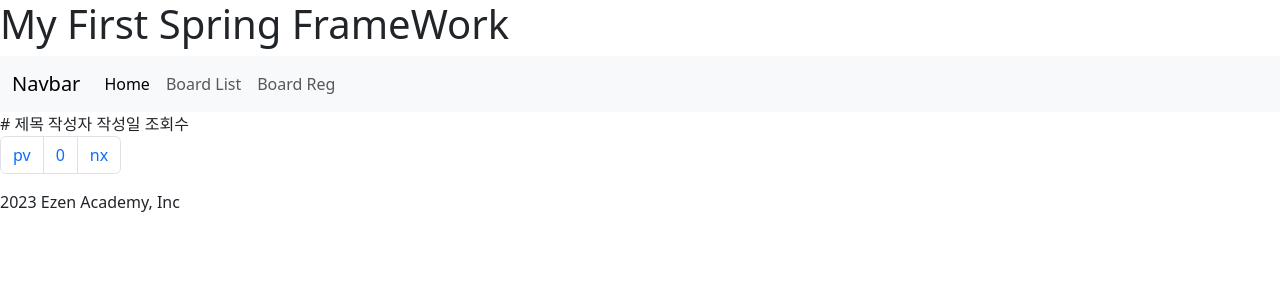
Repository: Leesunghoon1/springHom2
Page: http://localhost/spring_pjt/WEB-INF/views/board/list.jsp
These files come from the project's save history. The page is drawn as it stood at one moment and after the next save; the edit follows.
The browser window is 1280 px wide. The pictures show the whole page.
The page is served by Tomcat 9. Nobody is signed in. Other server files are loaded and not shown. The template is opened directly, without the code that normally fills it, so the values that code supplies are empty.

Above is the page before, as saved 2023-10-19 15:42:59.

### spring_pjt/src/main/webapp/WEB-INF/views/board/list.jsp
<%@ page language="java" contentType="text/html; charset=UTF-8"
    pageEncoding="UTF-8"%>
        <%@ taglib uri="http://java.sun.com/jsp/jstl/core" prefix="c"%>
<!DOCTYPE html>
<html>
<head>
<meta charset="UTF-8">
<title>Insert title here</title>
</head>
<body>
<jsp:include page="../common/header.jsp"/>
<jsp:include page="../common/nav.jsp"/>

<!-- 검색라인 -->




<tr>
	<th>#</th>
	<th>제목</th>
	<th>작성자</th>
	<th>작성일</th>
	<th>조회수</th>
</tr>
</thead>

<tbody>
<c:forEach items="${list}" var="bvo">
<tr>
<td>${bvo.bno }</td>
<td><a href="/board/detail?bno=${bvo.bno }">${bvo.title }</a></td>
<td>${bvo.writer }</td>
<td>${bvo.modAt }</td>
<td>${bvo.readCount }</td>
</tr>
</c:forEach>
</tbody>
</table>

<!-- 페이징 라인 -->

<nav aria-label="Page navigation example">
  <ul class="pagination">
  <!-- 이전  -->

    <li class="page-item ${(ph.prev eq false)? 'disabled':''}">
      <a class="page-link" href="/board/list?pageNo=${ph.startPage - 1 }&qty=${ph.pgvo.qty}&type=${ph.pgvo.type}&keyword=${ph.pgvo.keyword}" aria-label="Previous">
		pv
      </a>
    </li>

    <c:forEach begin="${ph.startPage }" end="${ph.endPage }" var="i">
    <li class="page-item"><a class="page-link" href="/board/list?pageNo=${i }&qty=${ph.pgvo.qty}&type=${ph.pgvo.type}&keyword=${ph.pgvo.keyword}">${i }</a></li>
    </c:forEach>
    <!-- 다음 -->
    <li class="page-item ${(ph.next eq false) ? 'disabled' : ''}" >
      <a class="page-link" href="/board/list?pageNo=${ph.endPage + 1 }&qty=${ph.pgvo.qty}&type=${ph.pgvo.type}&keyword=${ph.pgvo.keyword}" aria-label="Next">
        nx
      </a>
    </li>
  </ul>
</nav>

<jsp:include page="../common/footer.jsp"/>
</body>
</html>

### spring_pjt/src/main/webapp/WEB-INF/views/common/header.jsp
<%@ page language="java" contentType="text/html; charset=UTF-8"
    pageEncoding="UTF-8"%>
    <%@ taglib uri="http://java.sun.com/jsp/jstl/core" prefix="c"%>
<!DOCTYPE html>
<html>
<head>
<meta charset="UTF-8">
<title>Insert title here</title>
<link href="https://cdn.jsdelivr.net/npm/bootstrap@5.3.1/dist/css/bootstrap.min.css" rel="stylesheet" integrity="sha384-4bw+/aepP/YC94hEpVNVgiZdgIC5+VKNBQNGCHeKRQN+PtmoHDEXuppvnDJzQIu9" crossorigin="anonymous">
<script src="https://cdn.jsdelivr.net/npm/bootstrap@5.3.1/dist/js/bootstrap.bundle.min.js" integrity="sha384-HwwvtgBNo3bZJJLYd8oVXjrBZt8cqVSpeBNS5n7C8IVInixGAoxmnlMuBnhbgrkm" crossorigin="anonymous"></script>

</head>
<body>
<h1>My First Spring FrameWork</h1>
</body>
</html>

### spring_pjt/src/main/webapp/WEB-INF/views/common/nav.jsp
<%@ page language="java" contentType="text/html; charset=UTF-8"
    pageEncoding="UTF-8"%>
    <%@ taglib uri="http://java.sun.com/jsp/jstl/core" prefix="c"%>
<!DOCTYPE html>
<html>
<head>
<meta charset="UTF-8">
<title>Insert title here</title>
</head>
<body>
<header>
<nav class="navbar navbar-expand-lg bg-body-tertiary">
  <div class="container-fluid">
    <a class="navbar-brand" href="#">Navbar</a>
    <button class="navbar-toggler" type="button" data-bs-toggle="collapse" data-bs-target="#navbarSupportedContent" aria-controls="navbarSupportedContent" aria-expanded="false" aria-label="Toggle navigation">
      <span class="navbar-toggler-icon"></span>
    </button>
    <div class="collapse navbar-collapse" id="navbarSupportedContent">
      <ul class="navbar-nav me-auto mb-2 mb-lg-0">
        <li class="nav-item">
          <a class="nav-link active" aria-current="page" href="#">Home</a>
        </li>
        <li class="nav-item">
          <a class="nav-link" href="/board/list">Board List</a>
        </li>

        <li class="nav-item">
          <a class="nav-link" href="/board/register">Board Reg</a>
        </li>

      </ul>

    </div>
  </div>
</nav>
</header>
</body>
</html>

### spring_pjt/src/main/webapp/WEB-INF/views/common/footer.jsp
<%@ page language="java" contentType="text/html; charset=UTF-8"
    pageEncoding="UTF-8"%>
    <%@ taglib uri="http://java.sun.com/jsp/jstl/core" prefix="c"%>
<!DOCTYPE html>
<html>
<head>
<meta charset="UTF-8">
<title>Insert title here</title>
</head>
<body>
<div>
	<p>2023 Ezen Academy, Inc</p>
</div>
</body>
</html>

After the next save:
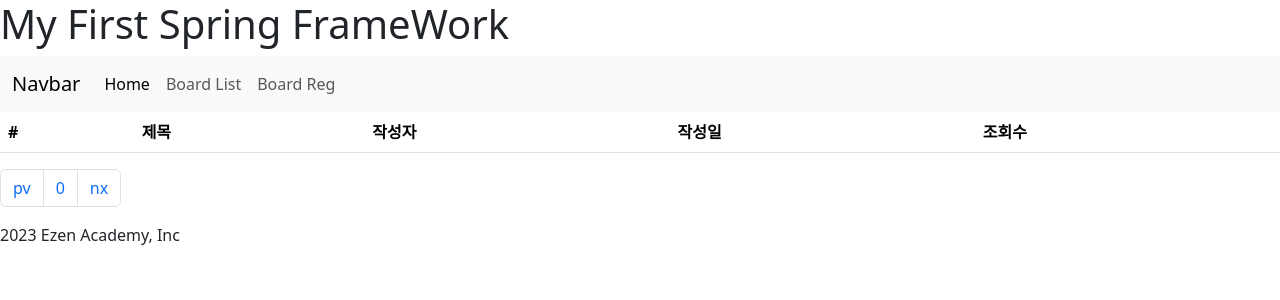
Saved 7 s later.
--- a/spring_pjt/src/main/webapp/WEB-INF/views/board/list.jsp
+++ b/spring_pjt/src/main/webapp/WEB-INF/views/board/list.jsp
@@ -14,6 +14,8 @@
 <!-- 검색라인 -->
 
 
+	<table class="table table=hover">
+<thead>
 
 
 <tr>
